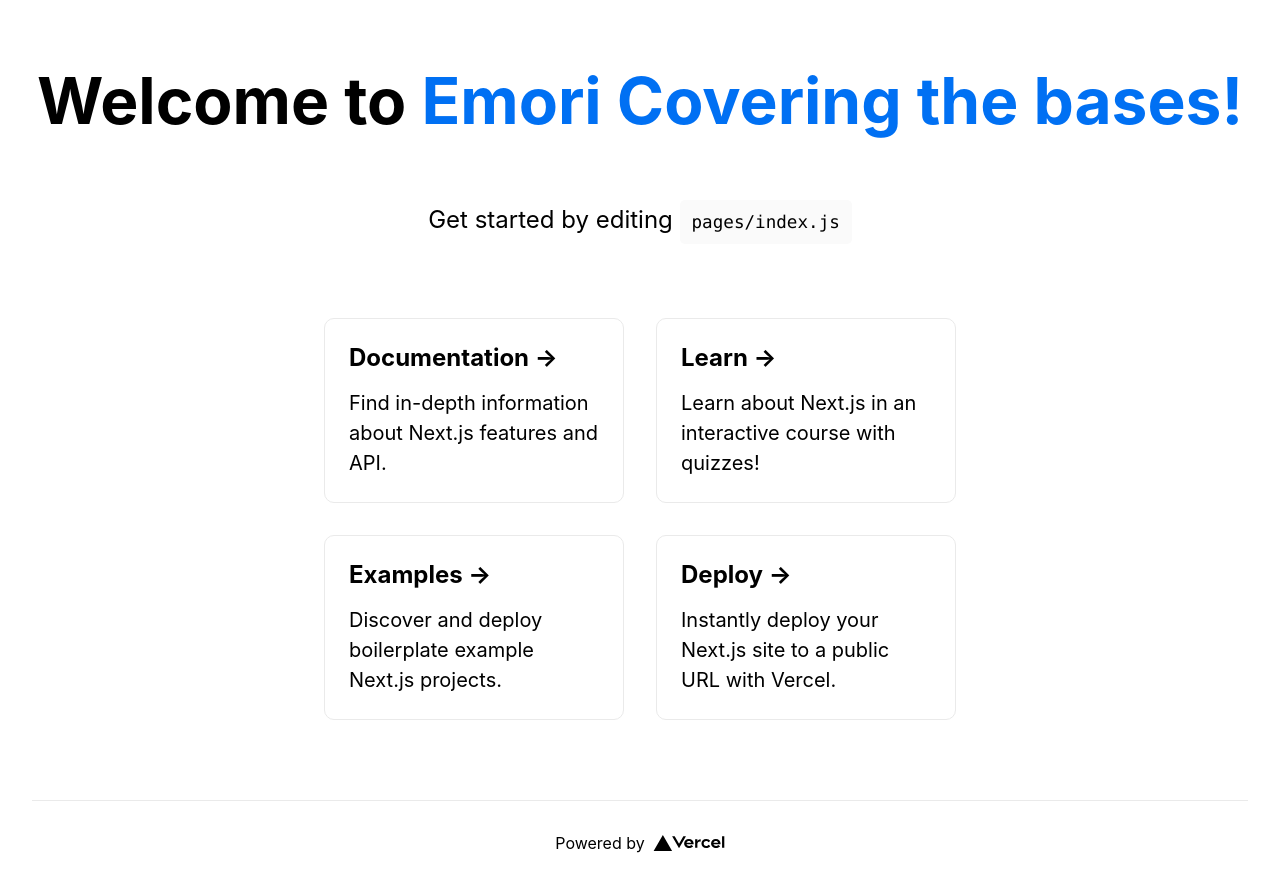
Repository: emorilebo/next-linkedin-training
Page: /
The author's editor kept a copy of each file at every save. The page is drawn from the files as they stood at one save, then again after a run of saves.
The browser window is 1280 px wide. The pictures show the whole page.
The project was rebuilt for these pictures with package versions that can differ from the ones it lists, and the page was loaded fresh each time. The framework's server and built-in components were replaced by stand-ins that run in the browser. Also part of the build but not shown: next.config.js.

Above is the page before, as saved 2022-12-25 17:48:31.

After the next 2 saves:
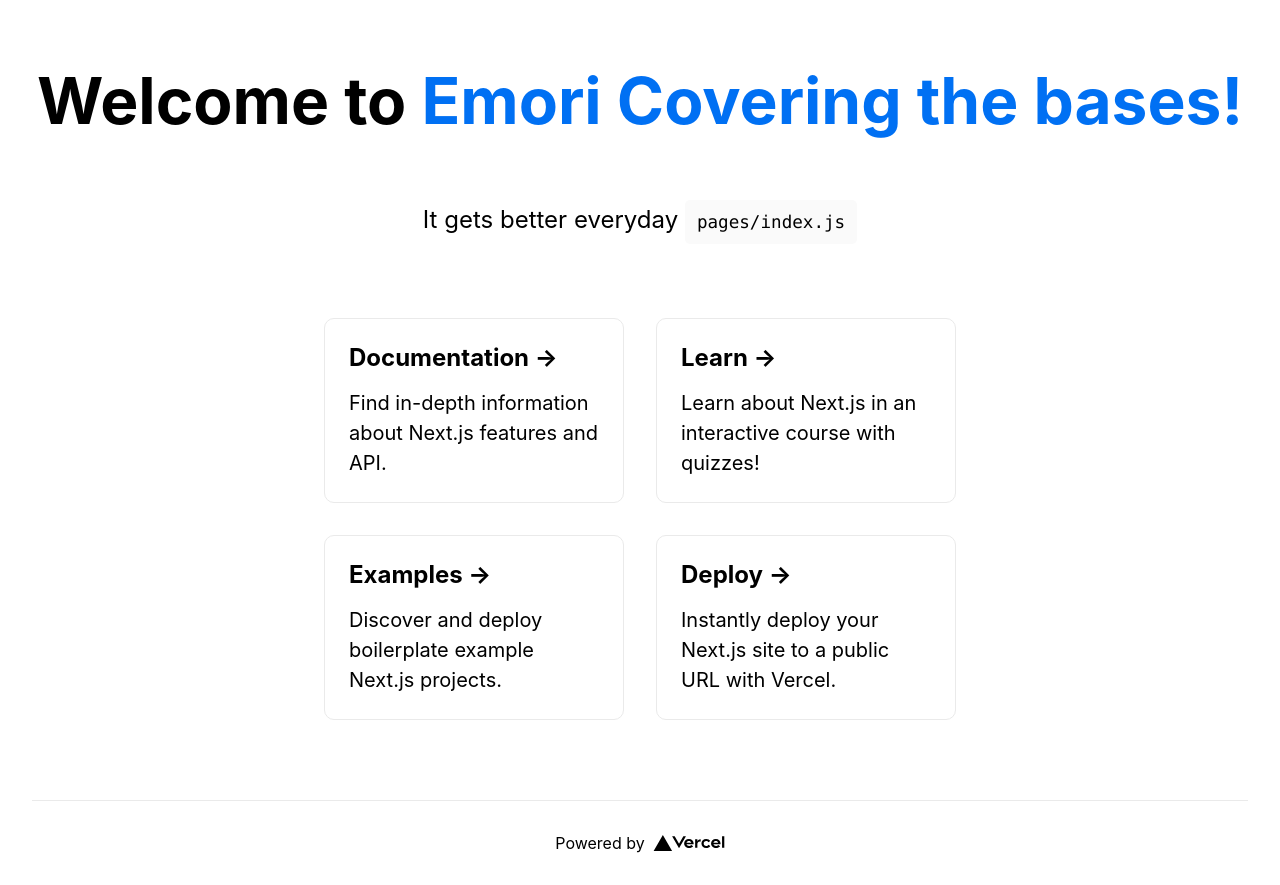
The 2 saves are shown as one change because they came seconds apart.
The last was saved 48 s later.
--- a/pages/index.js
+++ b/pages/index.js
@@ -17,7 +17,7 @@
         </h1>
 
         <p className={styles.description}>
-          Get started by editing{' '}
+          It gets better everyday{' '}
           <code className={styles.code}>pages/index.js</code>
         </p>
 
